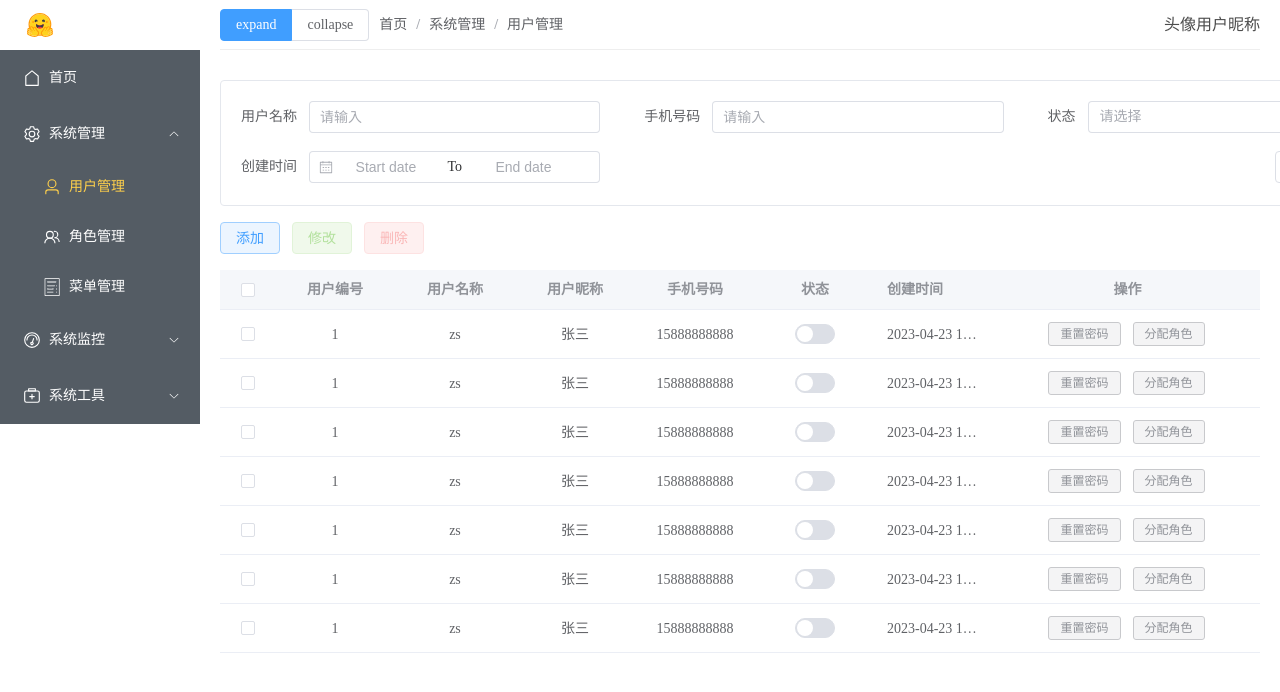
Repository: 202100202078/SignInBox
Page: /admin/system/user
The author's editor kept a copy of each file at every save. The page is drawn from the files as they stood at one save, then again after the next save.
The browser window is 1280 px wide. The pictures show the whole page.
The project was rebuilt for these pictures with package versions that can differ from the ones it lists, and the page was loaded fresh each time. Also part of the build but not shown: vite.config.js, src/components/FilterLayout.vue, src/components/PageFooter.vue, src/components/TableLayout.vue, src/components/ToolTip.vue, src/assets/fonts/iconfont/iconfont.js, src/assets/style/variables.module.scss.

Above is the page before, as saved 2024-01-30 16:37:39.

### src/main.js
import { createApp } from 'vue'
import '@/assets/style/base.scss'
import pinia from '@/stores/index'
import App from './App.vue'
import router from './router'
import ElementPlus from 'element-plus'
import 'element-plus/dist/index.css'
import '@/assets/fonts/iconfont/iconfont.css'
import '@/assets/fonts/iconfont/iconfont.js'
import * as ElementPlusIconsVue from '@element-plus/icons-vue'

const app = createApp(App)
for (const [key, component] of Object.entries(ElementPlusIconsVue)) {
  app.component(key, component)
}
app.use(ElementPlus)
app.use(pinia)
app.use(router)

app.mount('#app')

### src/assets/style/base.scss
* {
  margin: 0px;
  padding: 0px;
  box-sizing: border-box;
}

.icon {
  width: 1em;
  height: 1em;
  vertical-align: -0.15em;
  fill: currentColor;
  overflow: hidden;
}

.el-menu {
  border:0!important;
}

ul {
  list-style:none;
}

li {
  list-style-type:none;
}

a {
	text-decoration: none; /* 去除默认的下划线 */
	outline: none;	/* 去除旧版浏览器的点击后的外虚线框 */
	color: #000;	/* 去除默认的颜色和点击后变化的颜色 */
}

// 阿里字体图标设置
.icon, .iconfont {
  font-family:"iconfont" !important;
  font-size:16px;
  font-style:normal;
  -webkit-font-smoothing: antialiased;
  -webkit-text-stroke-width: 0.2px;
  -moz-osx-font-smoothing: grayscale;
}

### src/stores/index.js
//将pinia相关代码整合至此
import { createPinia } from 'pinia'
import persist from 'pinia-plugin-persistedstate'

const pinia = createPinia()
pinia.use(persist)

export default pinia

export * from './modules/user'

### src/assets/fonts/iconfont/iconfont.css
@font-face {
  font-family: "iconfont"; /* Project id 4345534 */
  src: url('iconfont.woff2?t=1703642635456') format('woff2'),
       url('iconfont.woff?t=1703642635456') format('woff'),
       url('iconfont.ttf?t=1703642635456') format('truetype');
}

.iconfont {
  font-family: "iconfont" !important;
  font-size: 16px;
  font-style: normal;
  -webkit-font-smoothing: antialiased;
  -moz-osx-font-smoothing: grayscale;
}

.icon-yunyingbaobiao:before {
  content: "\e620";
}

.icon-jiekou1:before {
  content: "\e694";
}

.icon-jiaoseguanli:before {
  content: "\e618";
}

.icon-dingshirenwu:before {
  content: "\e651";
}

.icon-daimashengcheng:before {
  content: "\e636";
}

.icon-a-Icon-line-hamburger-right1x:before {
  content: "\e84c";
}

.icon-a-Icon-line-hamburger-left1x:before {
  content: "\e84d";
}

.icon-a-shujujiankong2:before {
  content: "\e628";
}

.icon-a-zaixianyonghu2:before {
  content: "\e629";
}

.icon-shouqi:before {
  content: "\e6b8";
}

.icon-xiala:before {
  content: "\e6b9";
}

.icon-gantanhao-quan:before {
  content: "\e70f";
}

.icon-yuandianxiao:before {
  content: "\e757";
}

.icon-duihao:before {
  content: "\eaf1";
}

.icon-fuzhi:before {
  content: "\ec7a";
}

.icon-shuaxin:before {
  content: "\e8b9";
}

.icon-shezhi:before {
  content: "\e642";
}

.icon-midutu:before {
  content: "\e749";
}

.icon-wodedingdan:before {
  content: "\e655";
}

.icon-admin-manage:before {
  content: "\e60e";
}

.icon-xiaolian:before {
  content: "\e8ab";
}

.icon-chongzhi:before {
  content: "\e60b";
}

.icon-jiekou:before {
  content: "\e607";
}

.icon-4_square_solid:before {
  content: "\e64d";
}

.icon-1_square_solid:before {
  content: "\e64e";
}

.icon-5_square_solid:before {
  content: "\e64c";
}

.icon-3_square_solid:before {
  content: "\e64f";
}

.icon-2_square_solid:before {
  content: "\e650";
}

### src/stores/modules/user.js
import { defineStore } from 'pinia'
import { ref } from 'vue'

export const useUserStore = defineStore(
  'interface-user',
  () => {
    //用户标识
    const token = ref('1234')
    const setToken = (t) => {
      token.value = t
    }
    return {
      token,
      setToken
    }
  },
  {
    persist: true,
    key: 'interface-token',
    paths: ['token']
  }
)

### src/views/admin/layout/SystemPage.vue
<script setup>
import { ref } from 'vue'
import { useRouter, useRoute } from 'vue-router'
import { onMounted } from 'vue'
import { useUserStore } from '@/stores/modules/user.js'
import MySlider from './conponents/MySlider.vue'
const userStore = useUserStore()
const route = useRoute()
const router = useRouter()
// 控制侧边栏是否折叠
const isCollapse = ref(false)
// 记录当前侧边栏
const activeIndex = ref('')

const handleAvatarCommand = async (command) => {
  //如果是退出登录需要清除本地用户信息
  // console.log('清除本地用户信息')
  if (command === '/login') {
    await ElMessageBox.confirm('你确认退出登录吗？', '温馨提示', {
      type: 'warning',
      confirmButtonText: '确认',
      cancelButtonText: '取消'
    })
    userStore.setToken('')
    // userStore.setUser({})
    // router.push(`/login`)
  } else {
    // router.push(`/user/${command}`)
  }
  router.push(command)
}

// Tab标签相关
// let tabIndex = 2
// const editableTabsValue = ref('2')
// const editableTabs = ref([
//   {
//     title: 'Tab 1',
//     name: '1',
//     content: 'Tab 1 content'
//   },
//   {
//     title: 'Tab 2',
//     name: '2',
//     content: 'Tab 2 content'
//   }
// ])

// const handleTabsEdit = (targetName, action) => {
//   if (action === 'add') {
//     const newTabName = `${++tabIndex}`
//     editableTabs.value.push({
//       title: 'New Tab',
//       name: newTabName,
//       content: 'New Tab content'
//     })
//     editableTabsValue.value = newTabName
//   } else if (action === 'remove') {
//     const tabs = editableTabs.value
//     let activeName = editableTabsValue.value
//     if (activeName === targetName) {
//       tabs.forEach((tab, index) => {
//         if (tab.name === targetName) {
//           const nextTab = tabs[index + 1] || tabs[index - 1]
//           if (nextTab) {
//             activeName = nextTab.name
//           }
//         }
//       })
//     }

//     editableTabsValue.value = activeName
//     editableTabs.value = tabs.filter((tab) => tab.name !== targetName)
//   }
// }

onMounted(() => {
  // 页面刷新使得侧边栏为当前激活路由
  activeIndex.value = route.path
})
</script>

<template>
  <div class="system-layout">
    <el-container style="height: 100%">
      <MySlider :isCollapse="isCollapse" :activeIndex="activeIndex"></MySlider>
      <el-container>
        <el-header>
          <div class="header-top">
            <div class="header-top-left">
              <el-radio-group v-model="isCollapse" class="collapseBtns">
                <el-radio-button :label="false">expand</el-radio-button>
                <el-radio-button :label="true">collapse</el-radio-button>
              </el-radio-group>
              <el-breadcrumb separator="/">
                <el-breadcrumb-item
                  v-for="(item, index) in $route.meta.breadInfo"
                  :key="index"
                  >{{ item }}</el-breadcrumb-item
                >
              </el-breadcrumb>
            </div>
            <div class="header-top-right">
              <el-dropdown @command="handleAvatarCommand">
                <span class="el-dropdown-link">
                  <span>头像</span>
                  <span>用户昵称</span>
                </span>
                <template #dropdown>
                  <el-dropdown-menu>
                    <el-dropdown-item command="/home/user"
                      >个人中心</el-dropdown-item
                    >
                    <el-dropdown-item command="/login"
                      >退出登录</el-dropdown-item
                    >
                  </el-dropdown-menu>
                </template>
              </el-dropdown>
            </div>
          </div>
          <!-- <div class="header-bottom">
            <el-tabs
              v-model="editableTabsValue"
              type="card"
              editable
              class="my-tabs"
              @edit="handleTabsEdit"
            >
              <el-tab-pane label="首页" :closeable="false">32444444444444</el-tab-pane>
              <el-tab-pane
                v-for="item in editableTabs"
                :key="item.name"
                :label="item.title"
                :name="item.name"
              >
                {{ item.content }}
              </el-tab-pane>
            </el-tabs>
          </div> -->
        </el-header>
        <el-main>
          <router-view></router-view>
        </el-main>
      </el-container>
    </el-container>
  </div>
</template>

<style lang="scss" scoped>
.system-layout {
  height: 100vh;

  .header-top {
    height: 50px;
    display: flex;
    justify-content: space-between;
    align-items: center;
    border-bottom: 1px solid #eee;
    .header-top-left {
      display: flex;
      align-items: center;
      .collapseBtns {
        margin-right: 10px;
      }
    }
    .header-top-right {
      margin-left: 6px;
      display: flex;
      align-items: center;
      font-size: 16px;
      border-radius: 6px;
      height: 56px;
      line-height: 56px;
      &:hover {
        background-color: rgba(0, 0, 0, 0.1);
        color: rgba(0, 0, 0, 1);
        transition: color 0.3s;
      }
      .el-dropdown {
        :deep(:focus-visible) {
          outline: none;
        }
        .el-dropdown-link {
          cursor: pointer;
          color: rgba(0, 0, 0, 0.7);
          font-size: 16px;
          display: flex;
          align-items: center;
        }
      }
    }
  }
}

</style>

### src/views/admin/system/UserManagement.vue
<script setup>
import MyDialog from './components/MyDialog.vue'
import FilterForm from './components/FilterForm.vue'
import { ref } from 'vue'

// 一个响应式对象存储整个筛选表单的数据
const filterForm = ref({
  uname: '',
  phone: '',
  status: '',
  datePicker: ''
})

const statusOptions = [
  {
    value: '正常',
    label: '正常'
  },
  {
    value: '停用',
    label: '停用'
  }
]

const handleReset = () => {
  // 重置筛选表单
  filterForm.value = {}
}
const handleQuery = () => {
  console.log('query')
}

// 渲染的表格
const tableData = [
  {
    userId: 1,
    uname: 'zs',
    nickName: '张三',
    phone: '15888888888',
    status: false,
    createDate: '2023-04-23 16:11:38'
  },
  {
    userId: 1,
    uname: 'zs',
    nickName: '张三',
    phone: '15888888888',
    status: false,
    createDate: '2023-04-23 16:11:38'
  },
  {
    userId: 1,
    uname: 'zs',
    nickName: '张三',
    phone: '15888888888',
    status: false,
    createDate: '2023-04-23 16:11:38'
  },
  {
    userId: 1,
    uname: 'zs',
    nickName: '张三',
    phone: '15888888888',
    status: false,
    createDate: '2023-04-23 16:11:38'
  },
  {
    userId: 1,
    uname: 'zs',
    nickName: '张三',
    phone: '15888888888',
    status: false,
    createDate: '2023-04-23 16:11:38'
  },
  {
    userId: 1,
    uname: 'zs',
    nickName: '张三',
    phone: '15888888888',
    status: false,
    createDate: '2023-04-23 16:11:38'
  },
  {
    userId: 1,
    uname: 'zs',
    nickName: '张三',
    phone: '15888888888',
    status: false,
    createDate: '2023-04-23 16:11:38'
  }
]

//表格多选
const multipleTableRef = ref()
const multipleSelection = ref([])

const handleSelectionChange = (val) => {
  multipleSelection.value = val
}

// dialog组件ref
const myDialogRef = ref()
// dialog的标题
const dialogTitle = ref('添加用户')

// 点击添加用户
const addUserFn = () => {
  dialogTitle.value = '添加用户'
  myDialogRef.value.open()
}
// 点击修改用户
const editUserFn = () => {
  dialogTitle.value = '修改用户'
  // 将当前多选框选中数据渲染到dialog中
  const curSelection = multipleSelection.value[0]
  formModel.value = curSelection
  myDialogRef.value.open()
}
// 点击删除用户
const delUserFn = () => {
  dialogTitle.value = '系统提示'
  myDialogRef.value.open()
}

// dialog表单
const formModel = ref({
  nickName: '',
  phone: '',
  email: '',
  uname: '',
  password: '',
  role: '',
  gender: '',
  status: '',
  desc: ''
})

const rules = {}
</script>

<template>
  <MyDialog :title="dialogTitle" ref="myDialogRef">
    <template #form>
      <el-form
        :model="formModel"
        label-width="80px"
        label-position="left"
        :rules="rules"
      >
        <el-form-item label="用户昵称">
          <el-input v-model="formModel.nickName" />
        </el-form-item>
        <el-form-item label="手机号码">
          <el-input v-model="formModel.phone" />
        </el-form-item>
        <el-form-item label="用户名称">
          <el-input v-model="formModel.uname" />
        </el-form-item>
        <el-form-item label="用户密码">
          <el-input v-model="formModel.password" type="password" />
        </el-form-item>
        <el-form-item label="用户性别">
          <el-select v-model="formModel.gender" placeholder="请选择性别">
            <el-option label="男" value="1" />
            <el-option label="女" value="2" />
            <el-option label="未知" value="3" />
          </el-select>
        </el-form-item>
        <el-form-item label="角色">
          <el-select v-model="formModel.role" placeholder="请选择角色">
            <el-option label="普通角色" value="normal" />
          </el-select>
        </el-form-item>
        <el-form-item label="状态">
          <el-radio-group v-model="formModel.status">
            <el-radio :label="true">正常</el-radio>
            <el-radio :label="false">停用</el-radio>
          </el-radio-group>
        </el-form-item>
        <el-form-item label="备注">
          <el-input
            v-model="formModel.desc"
            type="textarea"
            placeholder="请输入内容"
          />
        </el-form-item>
      </el-form>
    </template>
  </MyDialog>
  <div class="user-managemant-page">
    <FilterForm @reset="handleReset" @query="handleQuery">
      <el-form-item label="用户名称">
        <el-input placeholder="请输入" v-model="filterForm.uname"></el-input>
      </el-form-item>
      <el-form-item label="手机号码">
        <el-input placeholder="请输入" v-model="filterForm.phone"></el-input>
      </el-form-item>
      <el-form-item label="状态">
        <el-select v-model="filterForm.status" placeholder="请选择">
          <el-option
            v-for="item in statusOptions"
            :key="item.value"
            :label="item.label"
            :value="item.value"
          />
        </el-select>
      </el-form-item>
      <el-form-item label="创建时间">
        <el-date-picker
          v-model="filterForm.datePicker"
          type="daterange"
          range-separator="To"
          start-placeholder="Start date"
          end-placeholder="End date"
        />
      </el-form-item>
    </FilterForm>
    <div class="user-managemant-page-btns">
      <el-button plain type="primary" @click="addUserFn">添加</el-button>
      <el-button
        plain
        type="success"
        @click="editUserFn"
        :disabled="multipleSelection.length !== 1"
        >修改</el-button
      >
      <el-button
        plain
        type="danger"
        @click="delUserFn"
        :disabled="multipleSelection.length === 0"
        >删除</el-button
      >
    </div>
    <el-table
      :ref="multipleTableRef"
      :data="tableData"
      style="width: 100%"
      @selection-change="handleSelectionChange"
      :header-cell-style="{
        background: '#F5F7FA',
        color: '#909399'
      }"
    >
      <el-table-column align="center" type="selection" width="55" />
      <el-table-column
        align="center"
        property="userId"
        label="用户编号"
        width="120"
      />
      <el-table-column
        align="center"
        property="uname"
        label="用户名称"
        width="120"
      />
      <el-table-column
        align="center"
        property="nickName"
        label="用户昵称"
        width="120"
      />
      <el-table-column
        align="center"
        property="phone"
        label="手机号码"
        width="120"
      />
      <el-table-column label="状态" align="center" width="120">
        <template #default="scope">
          <el-switch v-model="scope.row.status" />
        </template>
      </el-table-column>
      <el-table-column
        property="createDate"
        label="创建时间"
        width="120"
        show-overflow-tooltip
      />
      <el-table-column label="操作" show-overflow-tooltip align="center">
        <template #default="scope">
          <el-button size="small" type="info" plain>重置密码</el-button>
          <el-button size="small" type="info" plain>分配角色</el-button>
        </template>
      </el-table-column>
    </el-table>
  </div>
</template>

<style lang="scss" scoped>
.user-managemant-page {
  .el-form-item {
    width: 30%;
    .el-select {
      width: 100%;
    }
  }
  .user-managemant-page-btns {
    margin-bottom: 16px;
  }
}
</style>

### src/views/admin/layout/conponents/MySlider.vue
<script setup>
import variables from '@/assets/style/variables.module.scss'
defineProps({
  isCollapse: {
    type: Boolean,
    required: true
  },
  activeIndex: {
    type: String,
    required: true
  }
})
// console.log(prop)
</script>

<template>
  <el-aside
    width="200px"
    :style="{ width: isCollapse ? '64px' : '200px' }"
    class="el-aside"
  >
    <div
      :style="{
        backgroundColor: variables.menuBackground
      }"
      class="system-layout-aside"
    >
      <div
        class="logo-show"
        :style="{
          'padding-top': isCollapse ? '16px' : '0',
          transition: '1.5s'
        }"
      >
        <a @click="$router.replace('/admin/index')">
          <img src="@/assets/avg/logo.svg" alt="logo" class="logo" />
          <h1
            class="title"
            :style="{
              opacity: isCollapse ? 0 : 1,
              transition: '0.5s',
              color: isCollapse ? '#545c64' : '#fff'
            }"
          >
            API-BOX管理系统
          </h1>
        </a>
      </div>
      <el-menu
        active-text-color="#ffd04b"
        background-color="#545c64"
        class="el-menu-vertical-demo"
        :default-active="activeIndex"
        text-color="#fff"
        @open="handleOpen"
        @close="handleClose"
        :collapse="isCollapse"
        :unique-opened="true"
        router
      >
        <el-menu-item index="/admin/index">
          <el-icon><House /></el-icon>
          <span>首页</span>
        </el-menu-item>
        <el-sub-menu index="2">
          <template #title>
            <el-icon><Setting /></el-icon>
            <span>系统管理</span>
          </template>
          <el-menu-item index="/admin/system/user">
            <el-icon><User /></el-icon>
            <span>用户管理</span>
          </el-menu-item>
          <el-menu-item index="/admin/system/role">
            <svg class="icon" aria-hidden="true">
              <use xlink:href="#icon-jiaoseguanli"></use>
            </svg>
            <span>角色管理</span>
          </el-menu-item>
          <el-menu-item index="/admin/system/menu">
            <svg class="icon" aria-hidden="true">
              <use xlink:href="#icon-yunyingbaobiao"></use>
            </svg>
            <span>菜单管理</span>
          </el-menu-item>
        </el-sub-menu>
        <el-sub-menu index="3">
          <template #title>
            <el-icon><Odometer /></el-icon>
            <span>系统监控</span>
          </template>
          <el-menu-item index="3-1">
            <svg class="icon" aria-hidden="true">
              <use xlink:href="#icon-a-zaixianyonghu2"></use>
            </svg>
            <span>在线用户</span>
          </el-menu-item>
          <el-menu-item index="3-2">
            <svg class="icon" aria-hidden="true">
              <use xlink:href="#icon-dingshirenwu"></use>
            </svg>
            <span>定时任务</span>
          </el-menu-item>
          <el-menu-item index="3-3">
            <svg class="icon" aria-hidden="true">
              <use xlink:href="#icon-a-shujujiankong2"></use>
            </svg>
            <span>数据监控</span>
          </el-menu-item>
        </el-sub-menu>
        <el-sub-menu index="4">
          <template #title>
            <el-icon><FirstAidKit /></el-icon>
            <span>系统工具</span>
          </template>
          <el-menu-item index="4-1">
            <svg class="icon" aria-hidden="true">
              <use xlink:href="#icon-yunyingbaobiao"></use>
            </svg>
            <span>表单构建</span>
          </el-menu-item>
          <el-menu-item index="4-3">
            <svg class="icon" aria-hidden="true">
              <use xlink:href="#icon-jiekou1"></use>
            </svg>
            <span>系统接口</span>
          </el-menu-item>
        </el-sub-menu>
      </el-menu>
    </div>
  </el-aside>
</template>

<style scoped lang="scss">
.el-aside {
  transition: all 0.5s;
}
.system-layout-aside {
  height: 100%;
  .logo-show {
    height: 50px;
    text-align: center;
    cursor: pointer;
    .logo {
      margin-right: 4px;
      width: 28px;
      vertical-align: middle;
    }
    .title {
      display: inline-block;
      font-size: 14px;
      line-height: 50px;
      font-weight: 600;
      vertical-align: middle;
      color: #fff;
    }
  }
}
.icon {
  vertical-align: middle;
  margin-right: 5px;
  width: 24px;
  text-align: center;
  font-size: 18px;
  color: #fff;
}
</style>

### src/views/admin/system/components/MyDialog.vue
<script setup>
import { ref } from 'vue'
const dialogFormVisible = ref(false)

const props = defineProps({
  title: String
})

const open = () => {
  dialogFormVisible.value = true
}

const confirm = () => {
  // 关闭dialog
  dialogFormVisible.value = false
  // 根据title的不同向父级发送不同命令
  if (props.title === '添加菜单') {
    emit('onAddConfirm')
  } else if (props.title === '编辑菜单') {
    emit('onEditConfirm')
  } else if (props.title === '添加子菜单') {
    emit('onAddChildConfirm')
  }
}

const emit = defineEmits(['onAddConfirm', 'onEditConfirm', 'onAddChildConfirm'])

defineExpose({
  open
})
</script>

<template>
  <el-dialog v-model="dialogFormVisible" :title="title" align-center>
    <slot name="form"> </slot>
    <template #footer>
      <span class="dialog-footer">
        <el-button @click="dialogFormVisible = false">Cancel</el-button>
        <el-button type="primary" @click="confirm"> Confirm </el-button>
      </span>
    </template>
  </el-dialog>
</template>

### src/views/admin/system/components/FilterForm.vue
<script setup>
defineProps({
  showCollapse: {
    type: Boolean,
    default: false
  }
})
const emit = defineEmits(['reset', 'query', 'trigger'])
//暴露重置方法和查询方法以及展开
const reset = () => {
  //获取form对象重置数据即可
  //通知父级reset数据
  emit('reset')
}
const query = () => {
  //通知父级进行发请求筛选数据
  emit('query')
}
const trigger = () => {
  //通知父级进行表单的展示/隐藏
  emit('trigger')
}
// defineExpose({
//   reset,
//   query,
//   trigger
// })
</script>

<template>
  <div class="filter-card">
    <el-card shadow="never" :body-style="{ 'padding-bottom': '4px' }">
      <el-form :inline="true">
        <slot></slot>
        <el-form-item class="btns">
          <el-button @click="reset">重置</el-button>
          <el-button type="primary" @click="query">查询</el-button>
          <span class="trigger" @click="trigger" v-if="showCollapse"
            >展开
            <span
              :class="{
                iconfont: true,
                'icon-xiala': !showCollapse,
                'icon-shouqi': showCollapse
              }"
            ></span
          ></span>
        </el-form-item>
      </el-form>
    </el-card>
  </div>
</template>

<style lang="scss" scoped>
.filter-card {
  margin-bottom: 16px;
  width: 1240px;
  .el-form {
    display: flex;
    justify-content: space-between;
    align-items: center;
    flex-wrap: wrap;
    .el-form-item {
      width: 30%;
      .el-select {
        width: 100%;
      }
    }
    .btns {
      :deep .el-form-item__content {
        display: flex;
        justify-content: flex-end;
        .trigger {
          margin-left: 12px;
          color: #409eff;
          cursor: pointer;
          transition: all 0.3s;
          &:hover {
            color: #79bbff;
          }
        }
      }
    }
  }
}
</style>

Loaded but not shown: index.html (common file); src/App.vue (common file); src/router/index.js (128 lines, source omitted)

After the next save:
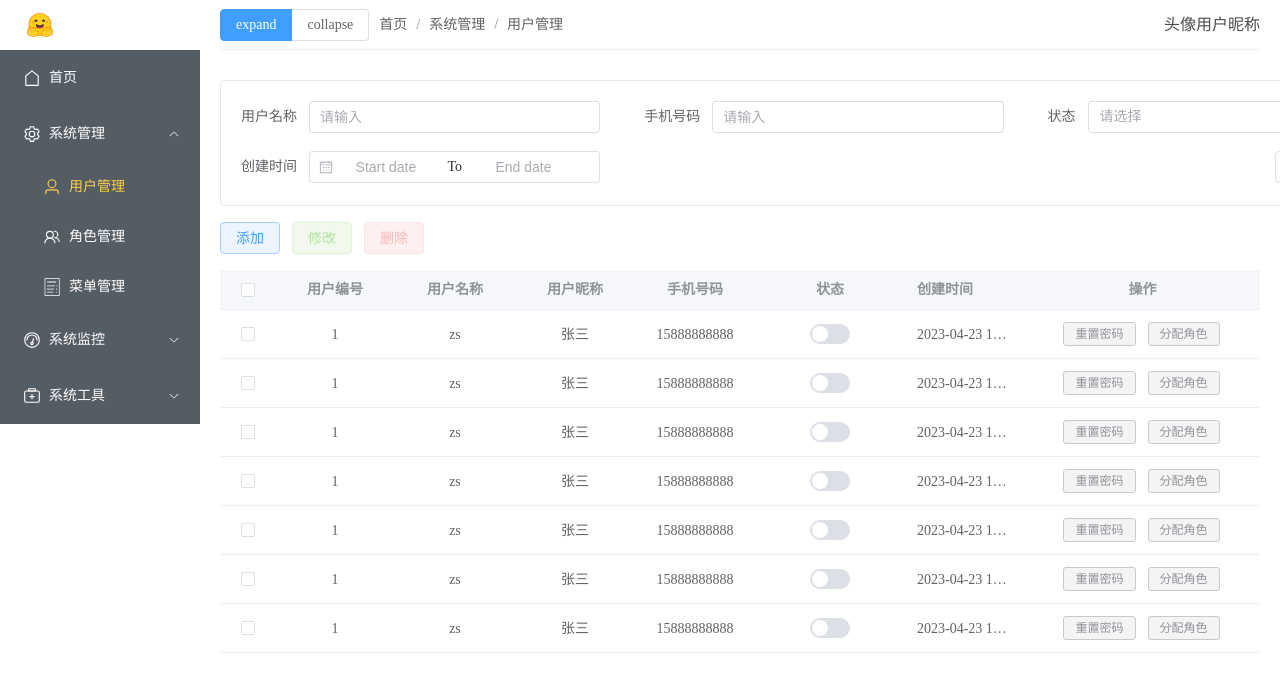
Saved 18 s later.
--- a/src/views/admin/system/UserManagement.vue
+++ b/src/views/admin/system/UserManagement.vue
@@ -267,7 +267,7 @@ const rules = {}
         label="手机号码"
         width="120"
       />
-      <el-table-column label="状态" align="center" width="120">
+      <el-table-column label="状态" align="center" width="150">
         <template #default="scope">
           <el-switch v-model="scope.row.status" />
         </template>
